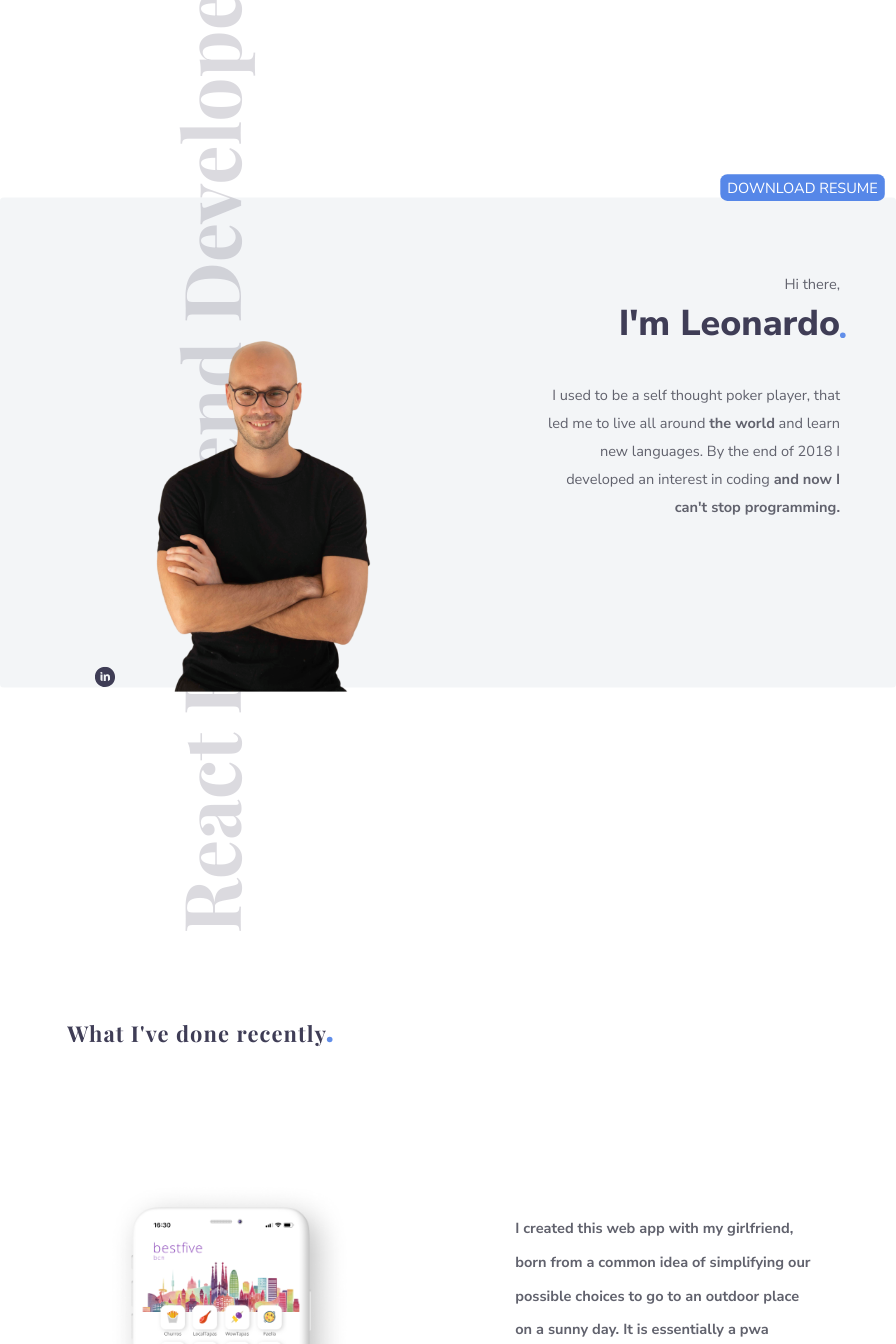
Repository: Easaaa/Portfolio-2020
Page: index.html
The author's editor kept a copy of each file at every save. The page is drawn from the files as they stood at one save, then again after the next save.
The browser window is 1280 px wide. The pictures show the part of the page from y = 0 to 1920 px (the page is 7567 px tall), at 70% of full size.
The style sheet was rebuilt from its Sass, Less or Tailwind sources for each picture, by a compiler version that may differ from the author's.

Above is the page before, as saved 2020-02-28 13:43:17.

After the next save:
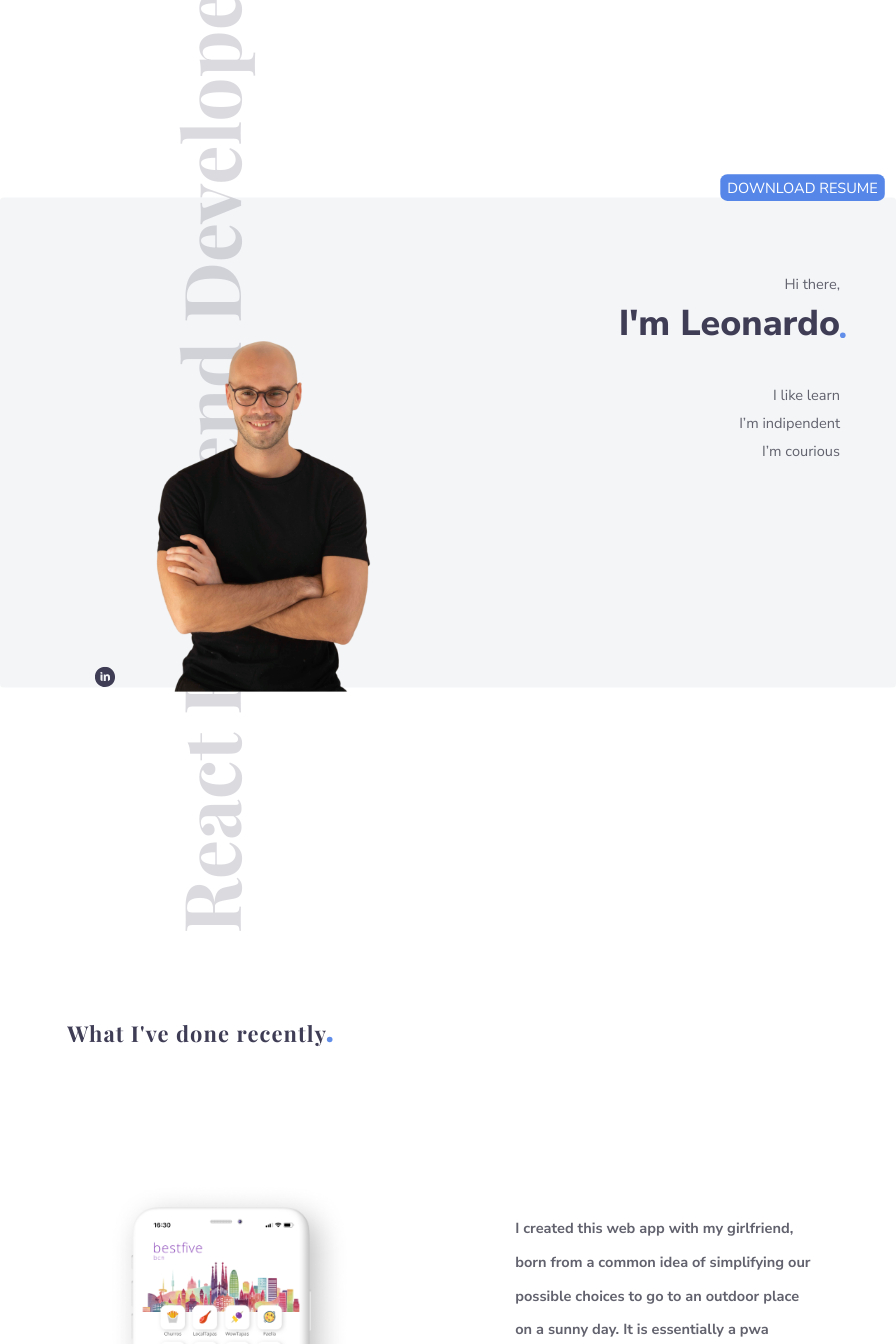
Saved 14 s later.
--- a/index.html
+++ b/index.html
@@ -40,11 +40,9 @@
             I'm Leonardo
           </h1>
           <p class="about-title">
-            I used to be a self thought poker player, that led me to live all
-            around <strong>the world</strong> and learn new languages. By the
-            end of 2018 I developed an interest in coding<strong>
-              and now I can't stop programming.</strong
-            >
+            I like learn <br />
+            I’m indipendent <br />
+            I’m courious
           </p>
           <h4>React Front-end Developer</h4>
           <div class="socials-header">
